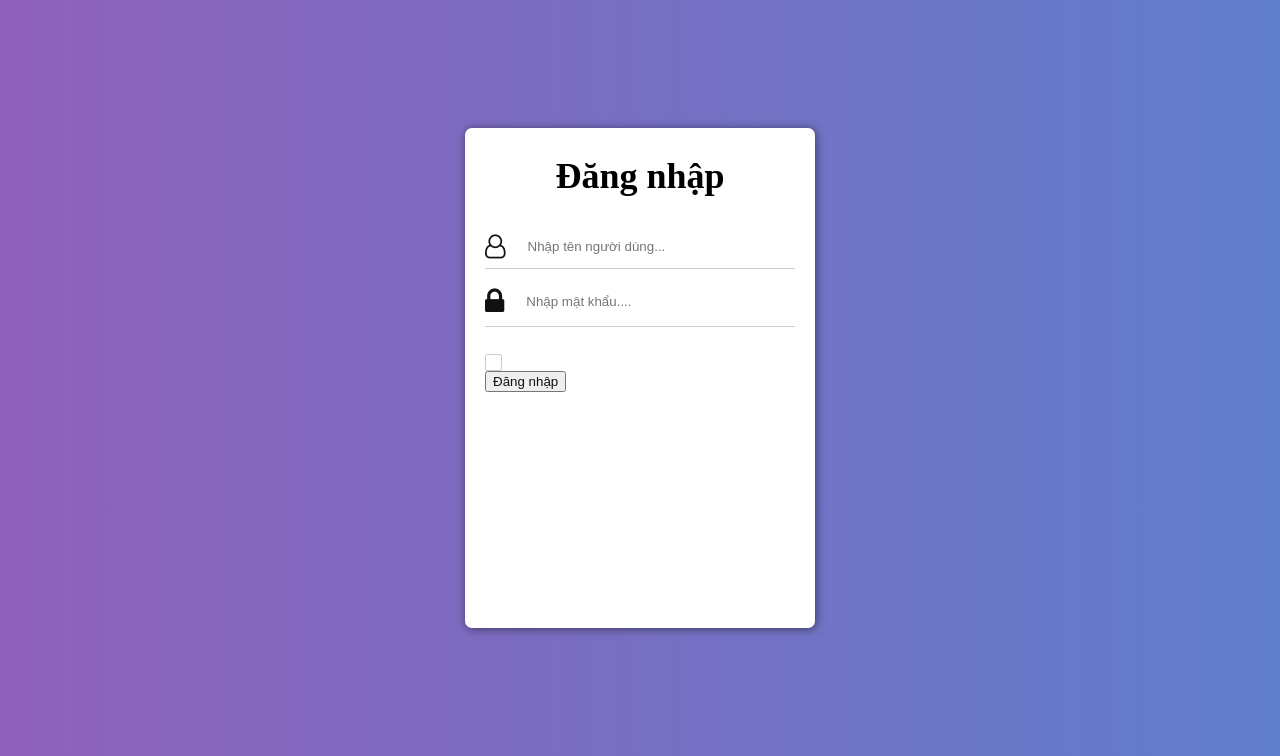
Repository: Nieday306/shophoaqua
Page: login.html
The author's editor kept a copy of each file at every save. The page is drawn from the files as they stood at one save, then again after the next save.
The browser window is 1280 px wide. The pictures show the whole page.

Above is the page before, as saved 2024-04-06 18:20:42.

After the next save:
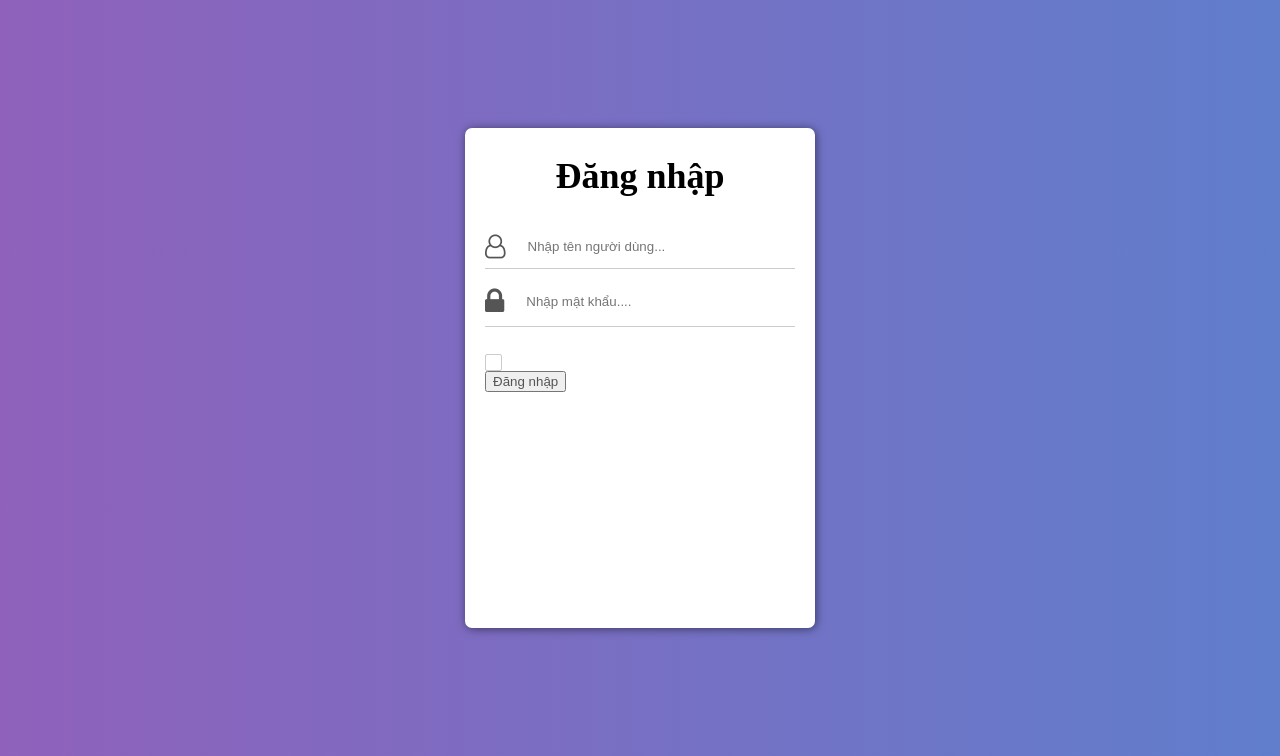
Saved 32 s later.
--- a/assets/css/login.css
+++ b/assets/css/login.css
@@ -47,7 +47,7 @@ main {
 
 .fa,
 input {
-  color: #111;
+  color: #555;
 }
 
 input[type="text"] {
